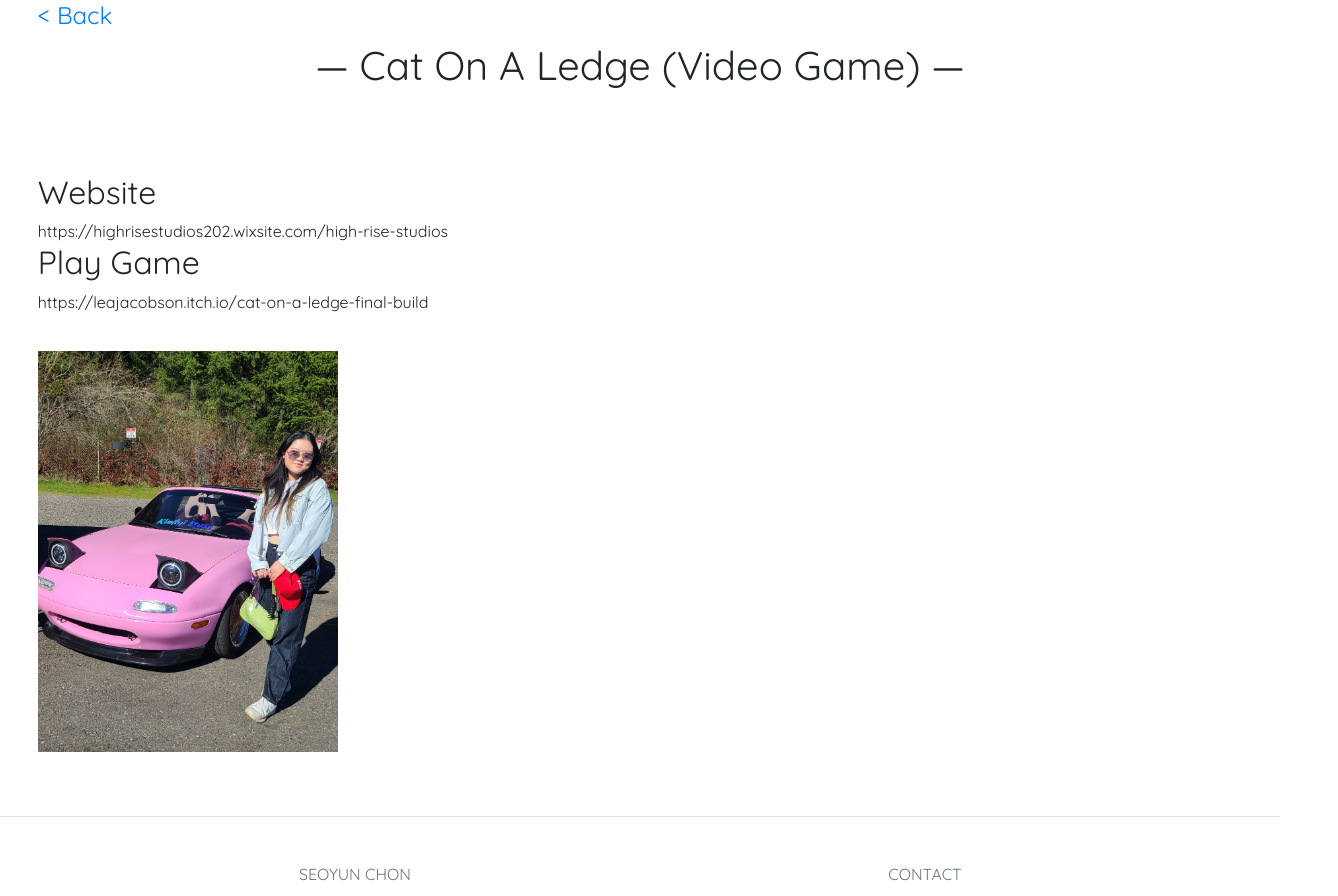
Repository: schon02/seoyun-chon-portfolio
Page: projects_catonaledge_page.html
The author's editor kept a copy of each file at every save. The page is drawn from the files as they stood at one save, then again after the next save.
The browser window is 1280 px wide. The page is 1338 px wide, so the pictures cover 1338 px, including what lies to the right of the window. The pictures show the part of the page from y = 757 to 1653 px (the page is 1849 px tall before and 1887 px after).

Above is the page before, as saved 2025-01-31 17:14:22.

### projects_catonaledge_page.html
<!DOCTYPE html>
<html>
    <head>
        <!-- <link href="style.css" rel="stylesheet" /> -->

        <!-- Required meta tags -->
        <meta charset="utf-8">
        <meta name="viewport" content="width=device-width, initial-scale=1, shrink-to-fit=no">

        <link href="https://fonts.googleapis.com/css?family=Quicksand:400,600,700&display=swap" rel="stylesheet">

        <link rel="stylesheet" href="fonts/icomoon/style.css">

        <link rel="stylesheet" href="css/owl.carousel.min.css">

        <!-- Bootstrap CSS -->
        <link rel="stylesheet" href="css/bootstrap.min.css">

        <!-- Style -->
        <link rel="stylesheet" href="css/style.css">

        <title>Home Page</title>

    </head>

    <body>
        <!-- <header>
            <nav>
                <ul>
                    <li><a class="active" href="index.html">Home</a></li>
                    <li><a href="services_page.html">Services</a></li>
                    <li><a href="contact_page.html">Contact</a></li>
                </ul>
            </nav>
        </header> -->

        <div class="site-mobile-menu site-navbar-target">
            <div class="site-mobile-menu-header">
              <div class="site-mobile-menu-close mt-3">
                <span class="icon-close2 js-menu-toggle"></span>
              </div>
            </div>
            <div class="site-mobile-menu-body"></div>
          </div> <!-- .site-mobile-menu -->

        <div class="site-navbar-wrap">
            <div class="site-navbar-top">
              <div class="container py-3">
                <div class="row align-items-center">
                  <div class="col-6">
                    <div class="d-flex mr-auto">
                      <a href="#" class="d-flex align-items-center mr-4">
                        <span class="icon-envelope mr-2"></span>
                        <span class="d-none d-md-inline-block">seoyunchon@gmail.com</span>
                      </a>
                      <!-- <a href="#" class="d-flex align-items-center mr-auto">
                        <span class="icon-phone mr-2"></span>
                        <span class="d-none d-md-inline-block">+1 234 4567 8910</span>
                      </a> -->
                    </div>
                  </div>
                  <div class="col-6 text-right">
                    <div class="mr-auto">
                      <!-- <a href="#" class="p-2 pl-0"><span class="icon-twitter"></span></a> -->
                      <!-- <a href="#" class="p-2 pl-0"><span class="icon-facebook"></span></a> -->
                      <a href="https://www.linkedin.com/in/seoyun-chon/" class="p-2 pl-0"><span class="icon-linkedin"></span></a>
                      <!-- <a href="#" class="p-2 pl-0"><span class="icon-instagram"></span></a> -->
                    </div>

                  </div>
                </div>
              </div>
            </div>

            <div class="site-navbar site-navbar-target js-sticky-header">
              <div class="container">
                <div class="row align-items-center">
                  <div class="col-2">
                    <h1 class="my-0 site-logo"><a href="index.html">Seoyun&nbsp;Chon</a></h1>
                  </div>
                  <div class="col-10">
                    <nav class="site-navigation text-right" role="navigation">
                      <div class="container">
                        <div class="d-inline-block d-lg-none ml-md-0 mr-auto py-3"><a href="#" class="site-menu-toggle js-menu-toggle text-white"><span class="icon-menu h3"></span></a></div>

                        <ul class="site-menu main-menu js-clone-nav d-none d-lg-block">
                          <li><a href="index.html" class="nav-link">Home</a></li>
                          <li class="active"><a href="projects_page.html" class="nav-link">Projects</a></li>
                          <li class="has-children">
                            <a href="#" class="nav-link">Pages</a>
                            <ul class="dropdown arrow-top">
                              <li><a href="#" class="nav-link">Team</a></li>
                              <li><a href="#" class="nav-link">Pricing</a></li>
                              <li><a href="#" class="nav-link">FAQ</a></li>
                              <li class="has-children">
                                <a href="#">More Links</a>
                                <ul class="dropdown">
                                  <li><a href="#">Menu One</a></li>
                                  <li><a href="#">Menu Two</a></li>
                                  <li><a href="#">Menu Three</a></li>
                                </ul>
                              </li>
                            </ul>
                          </li>
                          <!-- <li><a href="#about-section" class="nav-link">About</a></li> -->
                          <li><a href="resume_page.html" class="nav-link">Resume</a></li>
                          <!-- <li><a href="#gallery-section" class="nav-link">Gallery</a></li> -->
                          <li><a href="contact_page.html" class="nav-link">Contact</a></li>
                        </ul>
                      </div>
                    </nav>
                  </div>
                </div>
              </div>
            </div>
          </div>


          <div class="hero" style="background-image: url('images/s2k2.JPG');"></div>

          <div style="padding-top: 1cm; padding-left: 1cm;">
            <a href="projects_page.html">
              <h4>< Back</h4>
            </a>
          </div>

        <div class="text-center" style="padding-top: 0.1cm;">
          <h1>— Cat On A Ledge (Video Game) —</h1>
        </div>

        <div class="text-left" style="padding-top: 1cm; padding-left: 1cm;">
          <h2 style="padding-top: 1cm;">Website</h2>
          <a href="https://highrisestudios202.wixsite.com/high-rise-studios" class="text-reset"> https://highrisestudios202.wixsite.com/high-rise-studios </a>
          <h2>Play Game</h2>
          <a href="https://leajacobson.itch.io/cat-on-a-ledge-final-build" class="text-reset"> https://leajacobson.itch.io/cat-on-a-ledge-final-build </a>
          <p><img src="images/pink_miata.JPEG"
               style="width:300px; padding-top: 1cm;"></p>
      </div>



        <script src="js/jquery-3.3.1.min.js"></script>
        <script src="js/popper.min.js"></script>
        <script src="js/bootstrap.min.js"></script>
        <script src="js/jquery.sticky.js"></script>
        <script src="js/main.js"></script>

    </body>

<!-- Footer -->
<footer class="text-center text-lg-start bg-white text-muted">

  <section class="d-flex justify-content-center justify-content-lg-between p-4 border-bottom">
  </section>

  <!-- Section: Links  -->
  <section class="">
    <div class="container text-center text-md-start mt-5">
      <!-- Grid row -->
      <div class="row mt-3">
        <!-- Grid column -->
        <div class="col-md-3 col-lg-4 col-xl-3 mx-auto mb-4">
          <!-- Content -->
          <h6 class="text-uppercase fw-bold mb-4">
            <i class="fas fa-gem me-3 text-secondary"></i>Seoyun Chon
          </h6>
          <p>
            Contact me via email or LinkedIn with any questions or comments you may have. Thank you!
          </p>
        </div>
        <!-- Grid column -->

        <!-- Grid column -->
        <div class="col-md-4 col-lg-3 col-xl-3 mx-auto mb-md-0 mb-4">
          <!-- Links -->
          <h6 class="text-uppercase fw-bold mb-4">Contact</h6>
          <p><i class="fas fa-home me-3 text-secondary"></i> seoyunchon@gmail.com</p>
          <p>
            <i class="fas fa-envelope me-3 text-secondary"></i>
            <a href="https://www.linkedin.com/in/seoyun-chon/" class="text-reset"> LinkedIn </a>
          </p>
        </div>
        <!-- Grid column -->
      </div>
      <!-- Grid row -->
    </div>
  </section>
  <!-- Section: Links  -->

  <!-- Copyright -->
  <div class="text-center p-4" style="background-color: rgba(0, 0, 0, 0.025);">
    © 2025 Copyright:
    <a class="text-reset fw-bold" href="https://mdbootstrap.com/">Seoyun Chon</a>
  </div>
  <!-- Copyright -->
</footer>
<!-- Footer -->


</html>

Loaded but not shown: fonts/icomoon/style.css (common file); css/owl.carousel.min.css (library); css/bootstrap.min.css (library); js/jquery-3.3.1.min.js (library); js/popper.min.js (library); js/bootstrap.min.js (library); js/jquery.sticky.js (library); js/main.js (87 lines, source omitted); css/style.css (448 lines, source omitted)

After the next save:
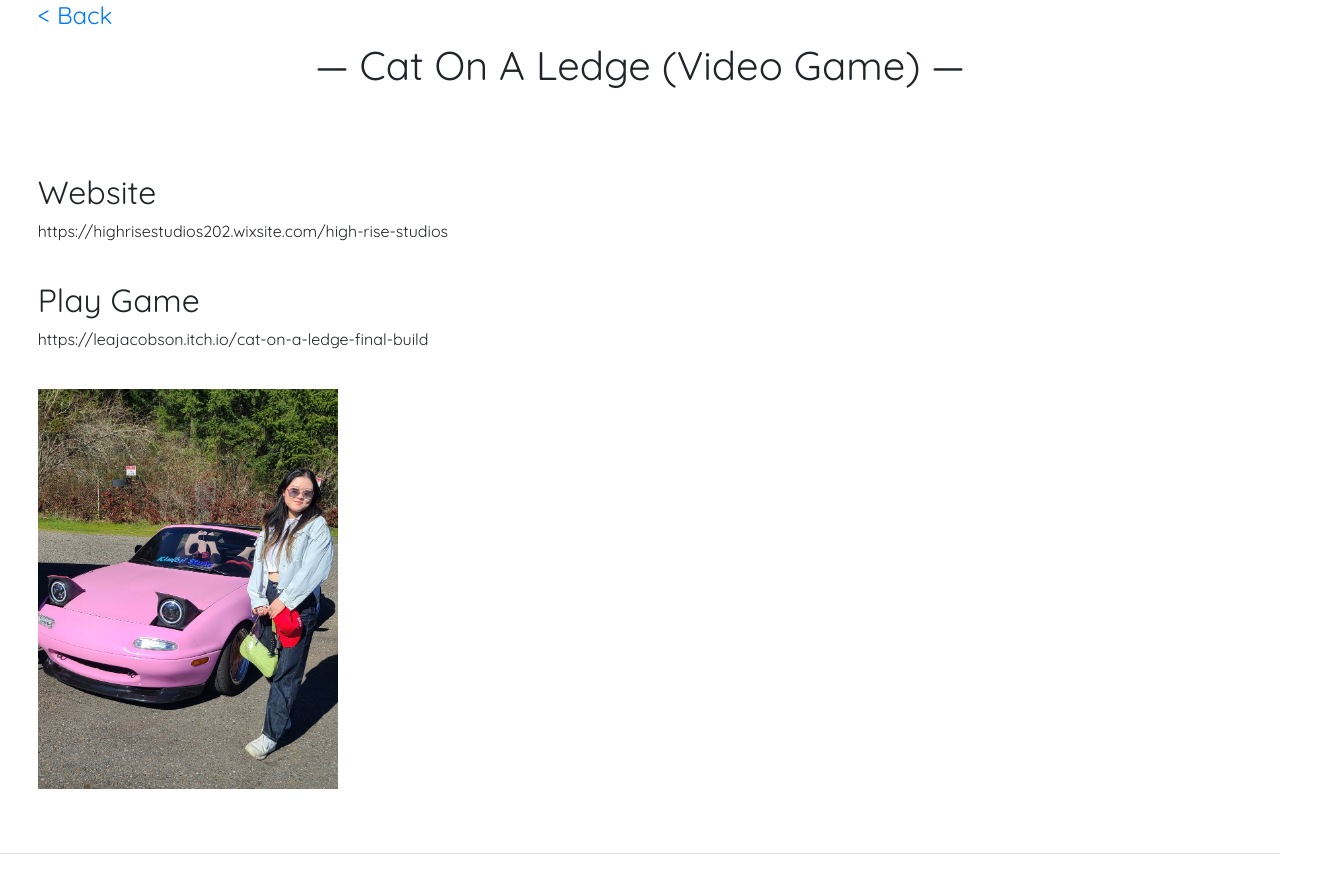
Saved 55 s later.
--- a/projects_catonaledge_page.html
+++ b/projects_catonaledge_page.html
@@ -131,7 +131,7 @@
         <div class="text-left" style="padding-top: 1cm; padding-left: 1cm;">
           <h2 style="padding-top: 1cm;">Website</h2>
           <a href="https://highrisestudios202.wixsite.com/high-rise-studios" class="text-reset"> https://highrisestudios202.wixsite.com/high-rise-studios </a>
-          <h2>Play Game</h2>
+          <h2 style="padding-top: 1cm;">Play Game</h2>
           <a href="https://leajacobson.itch.io/cat-on-a-ledge-final-build" class="text-reset"> https://leajacobson.itch.io/cat-on-a-ledge-final-build </a>
           <p><img src="images/pink_miata.JPEG"
                style="width:300px; padding-top: 1cm;"></p>
